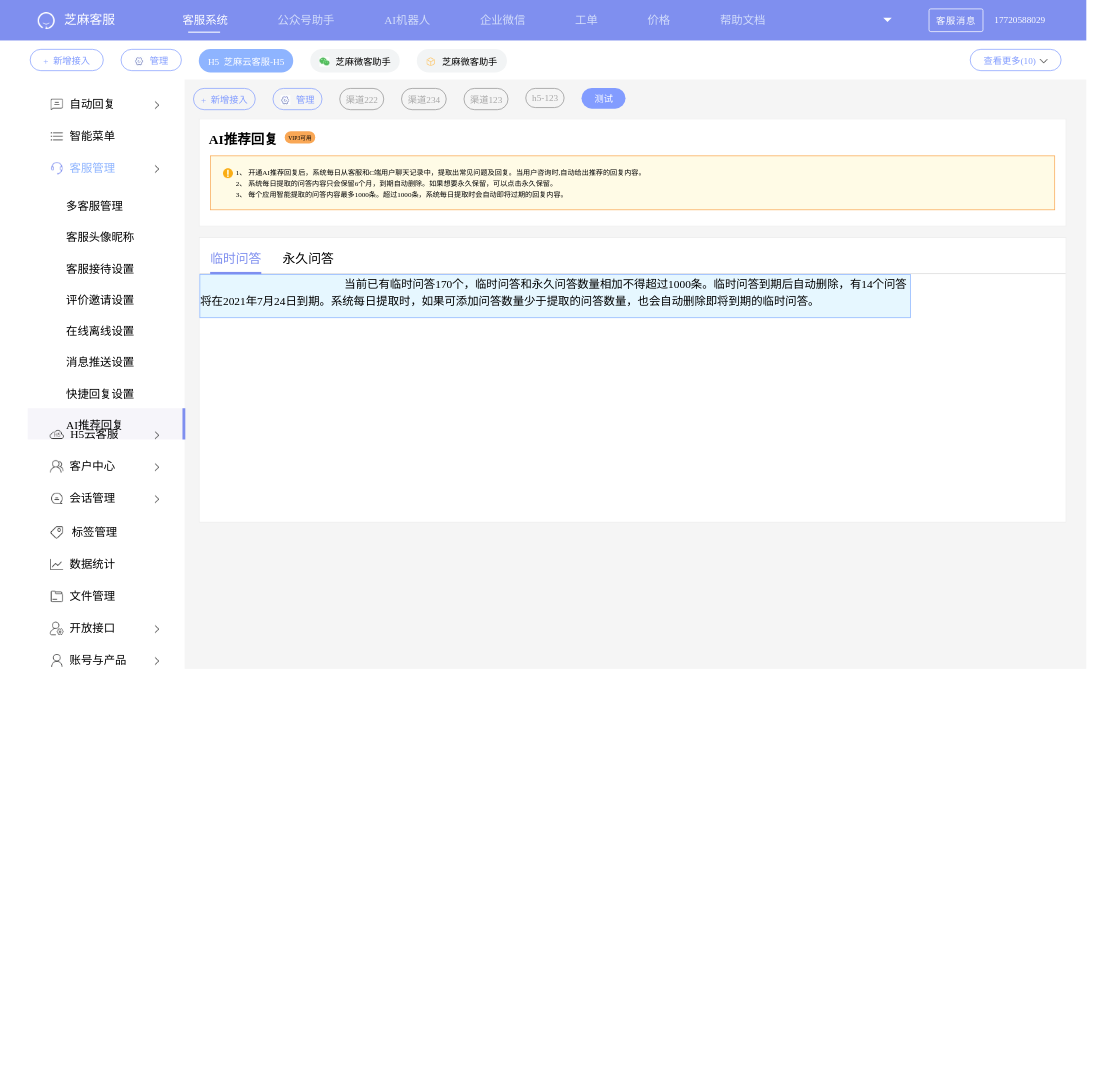
Repository: Privatexiao/projects
Page: Customer service assistant/Untitled-1.html
An editor plug-in stored every save of this project. The page is shown before and after the next save, followed by the edit.
The browser window is 1280 px wide. The page is 1560 px wide, so the pictures cover 1560 px, including what lies to the right of the window. The pictures show the whole page, at 71% of full size.

Above is the page before, as saved 2021-07-27 17:02:25.

After the next save:
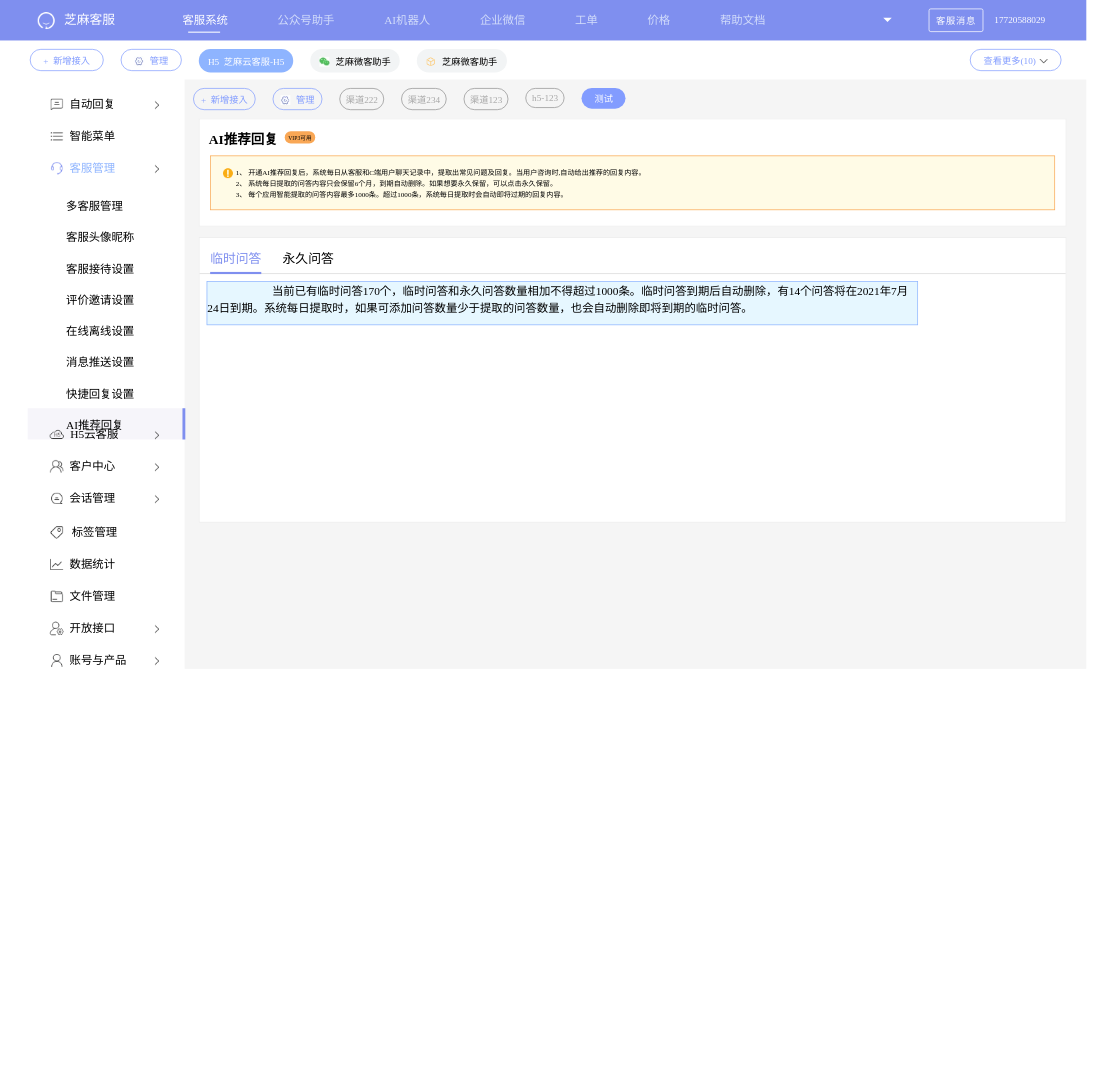
Saved 5 s later.
--- a/Customer service assistant/Untitled-2.css
+++ b/Customer service assistant/Untitled-2.css
@@ -317,5 +317,5 @@ em{
     width: 1000px;
     height: 60px;
     border: 1px solid #8eb4ff;
-    margin: ;
-}
+    margin: 10px 10px;
+}
